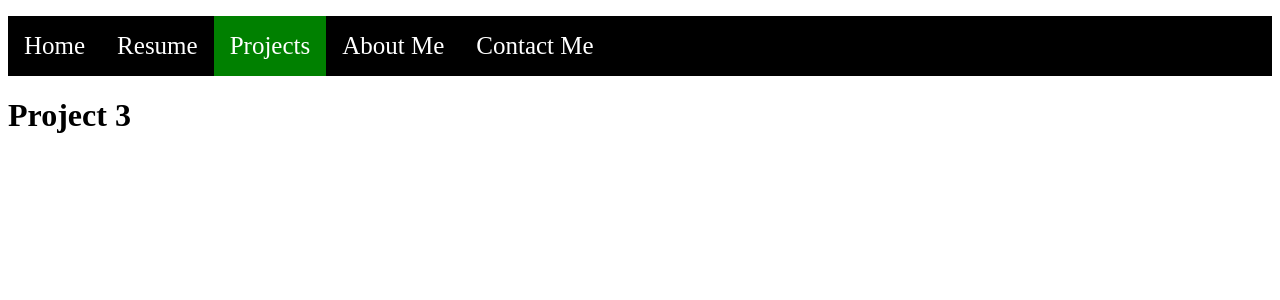
Repository: Coli-Pixel/Coli-Pixel.github.io
Page: project3.html
The author's editor kept a record of every edit. The page is drawn from the files as they stood at one moment, then again after the next edit.
The browser window is 1280 px wide. The pictures show the whole page.

Above is the page before.

### project3.html
<!DOCTYPE html>
<html>
    <head>
        <title>Project 3</title>
        <link rel="stylesheet" type="text/css" href="style.css">
    </head>
    <body>
        <ul class="navbar">
            <li ><a href="/index.html">Home</a></li>
            <li><a href="/resume.html">Resume</a></li>
            <li class = "dropdown">
                <div class="active">Projects</div>
                <ul class="dropdown-content">
                    <li><a href="#">Project 1</a></li>
                    <li><a href="#">Project 2</a></li>
                    <li><a href="#">Project 3</a></li>
                </ul>
            </li>
            <li><a href="/about-me.html">About Me</a></li>
            <li><a href="/contact-me.html">Contact Me</a></li>
        </ul>
        <h1>Project 3</h1>
    </body>
</html>

### style.css
            .navbar{
                list-style: none;
                background-color: black;
                overflow: hidden;
                padding: 0;
            }
            .navbar a, .dropdown div{
                text-decoration: none;
                color: white;
                font-size: 25px;
                padding:16px;
                display:inline-block;
            }
            .navbar li{
                float: left;
            }
            .navbar li:hover{
                background-color:goldenrod;
            }
            .dropdown-content{
                list-style:none;
                display: none;
                padding:0;
                position:absolute;
                z-index: 2;
                background-color: goldenrod;
            }
            .dropdown-content li{
                float:none;
                padding: 0;
            }
            .dropdown-content li:hover{
                background-color:red;
            }
            .dropdown:hover .dropdown-content{
                display:block;
            }
            .active{
                background-color: green;
            }

After the next edit:
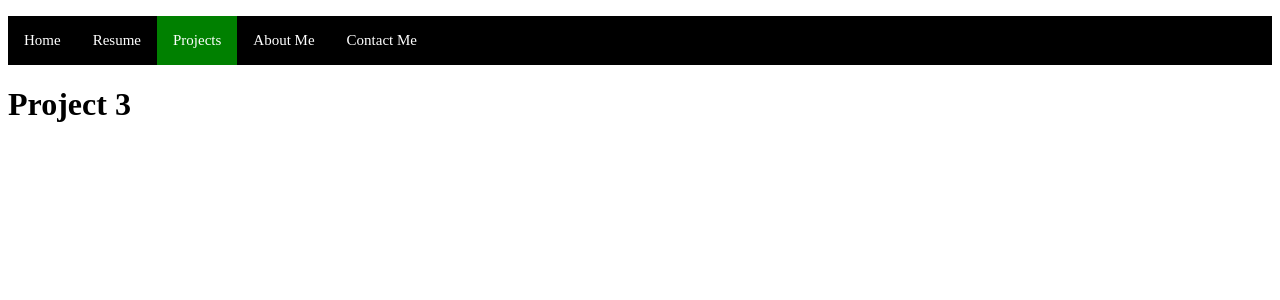
The edit:
--- a/style.css
+++ b/style.css
@@ -7,7 +7,7 @@
             .navbar a, .dropdown div{
                 text-decoration: none;
                 color: white;
-                font-size: 25px;
+                font-size: 15px;
                 padding:16px;
                 display:inline-block;
             }
